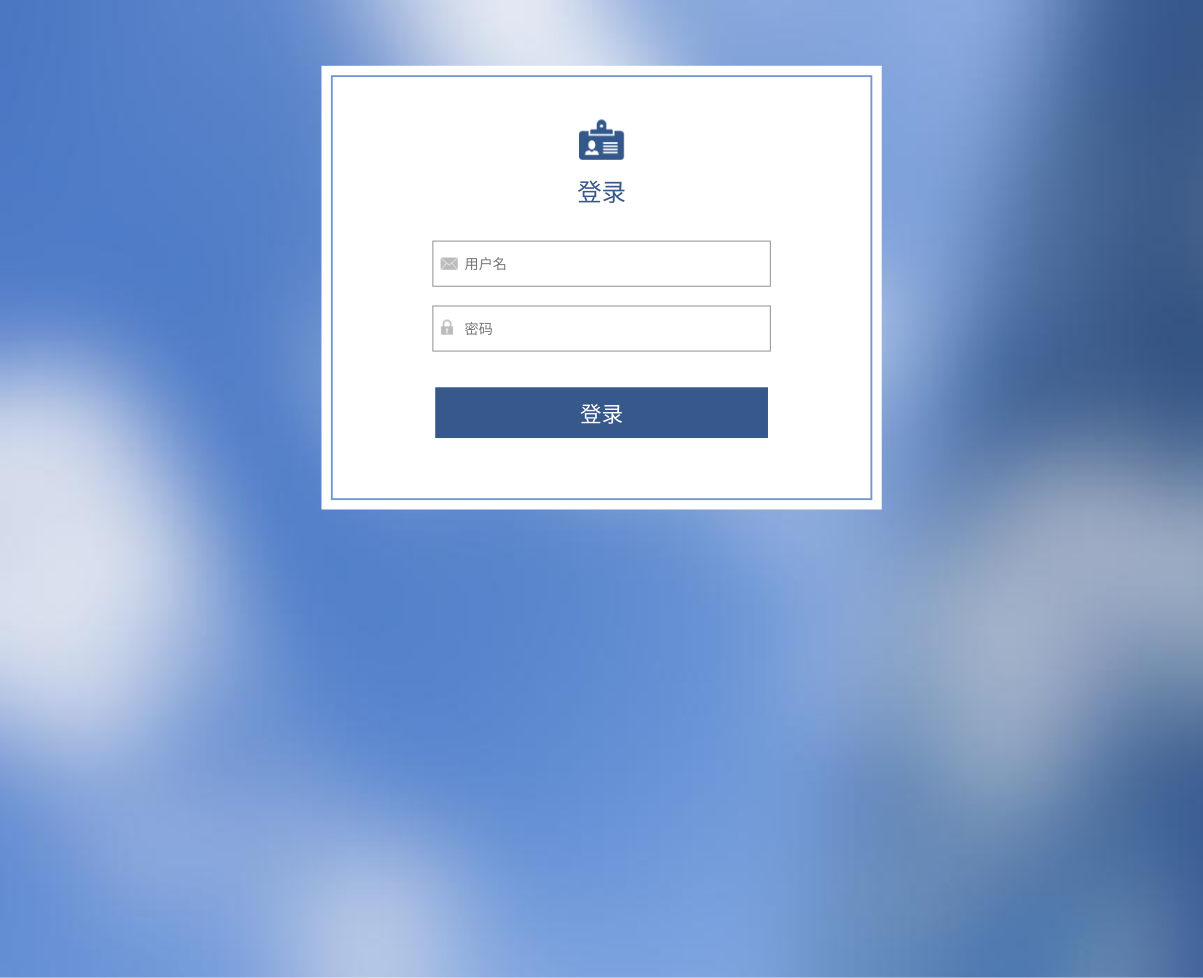
Repository: xnmll/jsp-mysql-mini-system
Page: http://localhost/Member/
An editor plug-in stored every save of this project. The page is shown before and after a run of saves, followed by the edit.
The browser window is 1280 px wide. The pictures show the whole page, at 94% of full size.
The page is served by Tomcat 9. Other server files are loaded and not shown.

Above is the page before, as saved 2018-05-02 11:41:10.

### finally/Member/WebRoot/login.jsp
<%@ page language="java" import="java.util.*,java.net.URLDecoder" pageEncoding="utf-8"%>
<%@taglib prefix="c" uri="http://java.sun.com/jsp/jstl/core" %>
<%@taglib prefix="fn" uri="http://java.sun.com/jsp/jstl/functions" %>
 <%
	 String username = "";
	 String password = "";
	 Cookie[] c = request.getCookies();
	 if(c != null && c.length > 0)
	 {
	   for(Cookie c1 : c)
	   {
	     if(c1.getName().equals("username"))
	     {
	       username = URLDecoder.decode(c1.getValue(),"utf-8");
	     }
	     if(c1.getName().equals("password"))
	     {
	       password = URLDecoder.decode(c1.getValue(),"utf-8");
	     }
	   }
	 }
  %>
  <%
	//获取请求上下文
	String context = request.getContextPath();
   %>
<!DOCTYPE HTML>
<html>
	<head>
		<title>登录</title>
		<!-- Custom Theme files -->
		<link href="<%=context%>/css/style1.css" rel="stylesheet" type="text/css" media="all"/>
		<!-- Custom Theme files -->
		<meta http-equiv="Content-Type" content="text/html; charset=utf-8" />
		<meta name="viewport" content="width=device-width, initial-scale=1, maximum-scale=1">
		<meta http-equiv="Content-Type" content="text/html; charset=utf-8" />
		<meta name="keywords" content="Login form web template, Sign up Web Templates, Flat Web Templates, Login signup Responsive web template, Smartphone Compatible web template, free webdesigns for Nokia, Samsung, LG, SonyErricsson, Motorola web design" />
	</head>


<body>
	<div class="login">
		 <div class="login-main">
	 		<div class="login-top">
	 			<img src="images/head-img.png" alt=""/>
	 			<h1>登录</h1>
	 			<form action="<%=context%>/loginCheckAction" id="form" method="post">
	 			<input type="text" name="username" value="<%=username%>" placeholder="用户名" required>
	 			<input type="password" name="password" value="<%=password%>" placeholder="密码" required>



			      <br><br>

	 			<input type="submit" value="登录" /><br><br>
	 			</form>
	 		</div>
	 	</div>
  </div>
</body>
</html>

### finally/Member/WebRoot/css/style1.css
/*--
Author: W3layouts
Author URL: http://w3layouts.com
License: Creative Commons Attribution 3.0 Unported
License URL: http://creativecommons.org/licenses/by/3.0/
--*/
/* start editing from here */
html,body,div,span,applet,object,iframe,h1,h2,h3,h4,h5,h6,p,blockquote,pre,a,abbr,acronym,address,big,cite,code,del,dfn,em,img,ins,kbd,q,s,samp,small,strike,strong,sub,sup,tt,var,b,u,i,dl,dt,dd,ol,nav ul,nav li,fieldset,form,label,legend,table,caption,tbody,tfoot,thead,tr,th,td,article,aside,canvas,details,embed,figure,figcaption,footer,header,hgroup,menu,nav,output,ruby,section,summary,time,mark,audio,video{margin:0;padding:0;border:0;font-size:100%;font:inherit;vertical-align:baseline;}
article, aside, details, figcaption, figure,footer, header, hgroup, menu, nav, section {display: block;}
ol,ul{list-style:none;margin:0;padding:0;}
blockquote,q{quotes:none;}
blockquote:before,blockquote:after,q:before,q:after{content:'';content:none;}
table{border-collapse:collapse;border-spacing:0;}
/* start editing from here */
a{text-decoration:none;}
.txt-rt{text-align:right;}/* text align right */
.txt-lt{text-align:left;}/* text align left */
.txt-center{text-align:center;}/* text align center */
.float-rt{float:right;}/* float right */
.float-lt{float:left;}/* float left */
.clear{clear:both;}/* clear float */
.pos-relative{position:relative;}/* Position Relative */
.pos-absolute{position:absolute;}/* Position Absolute */
.vertical-base{	vertical-align:baseline;}/* vertical align baseline */
.vertical-top{	vertical-align:top;}/* vertical align top */
.underline{	padding-bottom:5px;	border-bottom: 1px solid #eee; margin:0 0 20px 0;}/* Add 5px bottom padding and a underline */
nav.vertical ul li{	display:block;}/* vertical menu */
nav.horizontal ul li{	display: inline-block;}/* horizontal menu */
img{max-width:100%;}
/*end reset*/
/*--header start here--*/
body {
  background: url(../images/banner.jpg)no-repeat;
  background-size: cover;
  padding: 70px 0px 70px 0px;
  min-height: 900px;
  font-family: 'Roboto', sans-serif;
  font-size: 100%;
}
.login{
  width: 40%;
  background: #fff;
  margin: 0 auto;
  min-height: 400px;
  padding: 10px;
}
.login-main {
  border: 2px solid #7397D1;
  min-height: 400px;
}
.login-top {
  padding: 45px 0px;
  text-align: center;
  position: relative;
}
.login-top h1 {
  font-size: 26px;
  font-weight: 500;
  color: #37588B;
  margin: 10px 0px 35px 0px;
}
span.anc-color {
  color: #8E8E8E;
  font-weight: 300;
}
.login-top ul {
   margin: 27px 0px 20px 0px;
}
.login-top ul li{
	display:inline-block;
}
.login-top ul li a {
  background: url(../images/sprite.png)no-repeat;
  width: 35px;
  height: 34px;
  display: block;
  margin: 0px 13px 0px 0px;
}
.login-top ul li a.fa {
  background-position: 0px -35px;
}
.login-top ul li a.tw {
  background-position: -35px -35px;
}
.login-top ul li a.g {
   background-position: -72px -35px;
}
.login-top ul li a.fa:hover{
 background-position: 0px 0px;
  transition: 0.5s all;
 -webkit-transition: 0.5s all;
 -moz-transition:  0.5s all;
 -o-transition:  0.5s all;
}
.login-top ul li a.tw:hover{
  background-position: -35px 0px;
  transition: 0.5s all;
 -webkit-transition: 0.5s all;
 -moz-transition:  0.5s all;
 -o-transition:  0.5s all;
}
.login-top ul li a.g:hover{
  background-position: -72px 0px;
  transition: 0.5s all;
 -webkit-transition: 0.5s all;
 -moz-transition:  0.5s all;
 -o-transition:  0.5s all;
}
.login-top h2 {
  font-size: 19px;
  font-weight: 400;
  color: #8E8E8E;
  position:relative;
}
.login-top h2:after {
  width: 135px;
  height: 1px;
  background: #8e8e8e;
  position: absolute;
  top: 50%;
  right: 20%;
  content:'';
}
.login-top h2:before {
  width: 135px;
  height: 1px;
  background: #8e8e8e;
  position: absolute;
  top: 50%;
  left: 21%;
  content:'';
}
.login-top h3 {
  font-size: 19px;
  font-weight: 400;
  color: #8E8E8E;
  margin: 0px 0px 16px 0px;
   position: relative;
}
.login-top h3:before{
  width: 135px;
  height: 1px;
  background: #8e8e8e;
  position: absolute;
  top: 50%;
  left: 21%;
  content:'';
}
.login-top h3:after {
  width: 135px;
  height: 1px;
  background: #8e8e8e;
  position: absolute;
  top: 50%;
  right: 20%;
  content:'';
}
.login-top input[type="text"] :-webkit-input-placeholder {
  color:#9F8D78;
}
.login-top input[type="text"] {
  background: url(../images/email.png)no-repeat 7px 17px;
  font-size: 15px;
  font-weight: 400;
  color: #000;
  padding: 15px 10px 15px 33px;
  width: 55%;
  display: block;
  border: 1px solid #8b8b8b;
  outline:none;
  margin: 30px auto 20px;
  -webkit-appearance: none;
}
.login-top input[type="password"]{
background: url(../images/lock.png)no-repeat 8px 14px;
  font-size: 15px;
  font-weight: 400;
  color: #000;
  padding: 15px 10px 15px 33px;
  width: 55%;
  display: block;
  border: 1px solid #8b8b8b;
  margin: 0 auto;
  outline:none;
  -webkit-appearance: none;
}
.login-bottom {
  width: 62%;
  margin: 25px auto;
}
.login-check {
  float: left;
}
.login-para {
  float: right;
}

.login-top.checkbox input {
	position: absolute;
	left: -9999px;
}
.login-top.checkbox i {
	border-color: #fff;
	transition: border-color 0.3s;
	-o-transition: border-color 0.3s;
	-ms-transition: border-color 0.3s;
	-moz-transition: border-color 0.3s;
	-webkit-transition: border-color 0.3s;

}
.login-top.checkbox i:hover {
	border-color:red;

}
.login-top  i:before {
	background-color: #2da5da;
}
.login-top  .rating label {
	color: #ccc;
	transition: color 0.3s;
	-o-transition: color 0.3s;
	-ms-transition: color 0.3s;
	-moz-transition: color 0.3s;
	-webkit-transition: color 0.3s;
}
.login-top .checkbox input + i:after {
	position: absolute;
	opacity: 0;
	transition: opacity 0.1s;
	-o-transition: opacity 0.1s;
	-ms-transition: opacity 0.1s;
	-moz-transition: opacity 0.1s;
	-webkit-transition: opacity 0.1s;
}
.login-top .checkbox input + i:after {
	content: url(../images/tick.png) no-repeat 7px 1px;
	top: 0px;
	left: 0px;
	width: 15px;
	height: 15px;
}
.login-top .checkbox {
	padding: 8px 0px 0px 22px;
	font-size: 15px;
   font-weight: 400;
	line-height: 5px;
	color: #333;
	cursor: pointer;
	position: relative;
	display: block;
	float: left;
}
.login-top .checkbox:hover {
	text-decoration: none;
}
.login-top  .checkbox i {
  position: absolute;
  top: 0px;
  left: 0px;
  display: block;
  width: 15px;
  height: 15px;
  outline: none;
  border: 1px solid #5e5b5b;
}
.login-top  .checkbox input + i:after {
	position: absolute;
	opacity: 0;
	transition: opacity 0.1s;
	-o-transition: opacity 0.1s;
	-ms-transition: opacity 0.1s;
	-moz-transition: opacity 0.1s;
	-webkit-transition: opacity 0.1s;
}
.login-top .checkbox input + i:after {
	color: #2da5da;
}
.login-top.checkbox input:checked + i,
.login-top . input:checked + i {
	border-color: #2da5da;
}
.login-top .rating input:checked ~ label {
	color: #2da5da;
}

.login-top .checkbox input:checked + i:after {
	opacity: 1;
}
.login-top input[type="submit"] {
  background: #37588B;
  color: #FFF;
  border:none;
  font-size: 23px;
  font-weight: 400;
  padding: 10px 0px;
  width: 62%;
  cursor: pointer;
  outline: none;
}
.login-top input[type="submit"]:hover{
	background:#777;
	transition: 0.5s all;
  -webkit-transition: 0.5s all;
  -moz-transition: 0.5s all;
  -o-transition: 0.5s all;
}
.login-top h4 {
  font-size: 19px;
  font-weight: 400;
  color: #bababa;
  margin: 15px 0px 16px 0px;
}
.login-top h4 a{
  font-size: 19px;
  font-weight: 400;
  color: #969696;
  text-decoration: underline;
}
.login-top h4 a:hover{
  color: #37588B;
  transition: 0.5s all;
  -webkit-transition: 0.5s all;
  -moz-transition: 0.5s all;
  -o-transition: 0.5s all;
}
.login-top p a {
  font-size: 15px;
  font-weight: 400;
  color: #8e8e8e;
}
.login-top p a:hover{
	color:#000;
	transition: 0.5s all;
  -webkit-transition: 0.5s all;
  -moz-transition: 0.5s all;
  -o-transition: 0.5s all;
}
.copyright p {
  font-size: 16px;
  font-weight: 400;
  color: #fff;
  text-align: center;
  padding: 100px 0px 0px 0px;
}
.copyright p a{
  font-size: 16px;
  font-weight: 400;
  color: #37588B;
}
.copyright p a:hover{
  color: #fff;
  transition: 0.5s all;
  -webkit-transition: 0.5s all;
  -moz-transition: 0.5s all;
  -o-transition: 0.5s all;
}
/*--header end here--*/
/*--meadia quries start here--*/
@media(max-width:1440px){
.login-top h3:after {
  width: 120px;
}
.login-top h3:before{
  width: 120px;
}
.login-top h2:after {
  width: 120px;
}
.login-top h2:before{
  width: 120px;
}
.login {
  width: 45%;
}
}
@media(max-width:1366px){
.login-top h2:before {
  width: 115px;
}
.login-top h2:after {
  width: 115px;
}
.login-top h3:after {
  width: 115px;
}
.login-top h3:before{
  width: 115px;
}
}
@media(max-width:1280px){
.login-top h2:before {
  width: 100px;
}
.login-top h2:after {
  width: 100px;
}
.login-top h3:after {
  width: 100px;
}
.login-top h3:before{
  width: 100px;
}
}
@media(max-width:1024px){
.login-top input[type="submit"] {
  font-size: 21px;
   width: 75%;
}
.login-top input[type="text"] {
  width: 65%;
}
.login-top input[type="password"] {
  width: 65%;
}
.login-top h3:before {
  width: 95px;
  left: 15%;
}
.login-top h3:after {
  width: 95px;
  right: 15%;
}
.login-top h2:before {
  width: 95px;
  left: 15%;
}
.login-top h2:after {
  width: 95px;
  right: 15%;
}
.login-top {
  padding: 20px 0px;
}
.login-bottom {
  width: 75%;
}
}
@media(max-width:768px){
.login {
  width: 70%;
}
.login-top h1 {
  font-size: 22px;
  margin: 10px 0px 20px 0px;
}
.login-top h2 {
  font-size: 16px;
}
.login-top h3 {
  font-size: 16px;
}
.login-top h4 {
  font-size: 17px;
}
.login-top h4 a {
  font-size: 17px;
}
body {
  min-height: 800px;
}
.login-top h2:before {
  width: 125px;
}
.login-top h2:after {
  width: 125px;
}
.login-top h3:before {
  width: 125px;
}
.login-top h3:after {
  width: 125px;
}
.login-top ul {
  margin: 17px 0px 20px 0px;
}
}
@media(max-width:640px){
.login-top {
  padding: 30px 0px;
}
.login-top ul {
  margin: 20px 0px 10px 0px;
}
body {
  padding: 70px 0px 0px 0px;
}
.login-top h2:before {
  width: 100px;
}
.login-top h2:after {
  width: 100px;
}
.login-top h3:before {
  width: 100px;
}
.login-top h3:after {
  width: 100px;
}
}
@media(max-width:480px){
body {
  min-height: 700px;
}
.login-top h1 {
  font-size: 19px;
  margin: 5px 0px 10px 0px;
}
.login-top input[type="text"] {
  background: url(../images/email.png)no-repeat 6px 12px;
  padding: 10px 0px 10px 33px;
  width: 70%;
  margin: 16px auto 15px;
  font-size:13px;
}
.login-top input[type="password"] {
  background: url(../images/lock.png)no-repeat 6px 8px;
  padding: 10px 0px 10px 33px;
  width: 70%;
  font-size:13px;
}
.login-top p a {
  font-size: 14px;
}
.login-top input[type="submit"] {
  width: 80%;
  font-size: 18px;
}
.login-top h4 {
  font-size: 15px;
}
.login-top h4 a {
  font-size: 15px;
}
.copyright  p {
  font-size: 14px;
  padding: 85px 0px 0px 0px;
}
.copyright  p a{
  font-size: 14px;
}
.login-top h2:before {
  width: 85px;
  left: 11%;
}
.login-top h2:after {
  width: 85px;
   right: 11%;
}
.login-top h3:after {
  width: 85px;
  right: 11%;
}
.login-top h3:before {
  width: 85px;
  left: 11%;
}
.login-top ul {
  margin: 10px 0px 10px 0px;
}
.login-top ul li a {
  margin: 0px 3px 0px 0px;
}
.login {
  width: 75%;
}
.login-top .checkbox {
  font-size: 13px;
}
.login-bottom {
  width: 80%;
}
}
@media(max-width:320px){
body {
  padding: 40px 0px 0px 0px;
  min-height: 560px;
}
.copyright p {
  font-size: 13px;
  padding: 35px 0px 0px 0px;
}
.login-top {
  padding: 15px 0px;
}
.login-top h1 {
  font-size: 17px;
}
.login-top h2 {
  font-size: 13px;
}
.login-top ul {
  margin: 13px 0px 5px 0px;
}
.login-top p a {
  font-size: 12px;
}
.login-top input[type="submit"] {
   font-size: 15px;
   width: 85%;
}
.login-top h4 {
  font-size: 13px;
}
.login-top h4 a {
  font-size: 13px;
}
.login-top .checkbox {
  font-size: 12px;
}
.login-top h2:before {
  width: 55px;
}
.login-top h2:after {
  width: 55px;
}
.login-top h3:after {
   width: 55px;
}
.login-top h3:before {
   width: 55px;
}
.login {
  width: 82%;
}
.login-bottom {
  width: 85%;
  margin: 15px auto;
}
.login-top ul li a {
  width: 25px;
  height: 22px;
  background-size: 276%;
}
.login-top ul li a.fa {
  background-position: 1px -22px;
}
.login-top ul li a.fa:hover {
  background-position: 1px 0px;
}
.login-top ul li a.tw {
  background-position: -22px -22px;
}
.login-top ul li a.tw:hover {
  background-position: -22px 0px;
}
.login-top ul li a.g {
  background-position: -45px -22px;
}
.login-top ul li a.g:hover {
  background-position: -45px 0px;
}
/*--meadia quries end here--*/

After the next 2 saves:
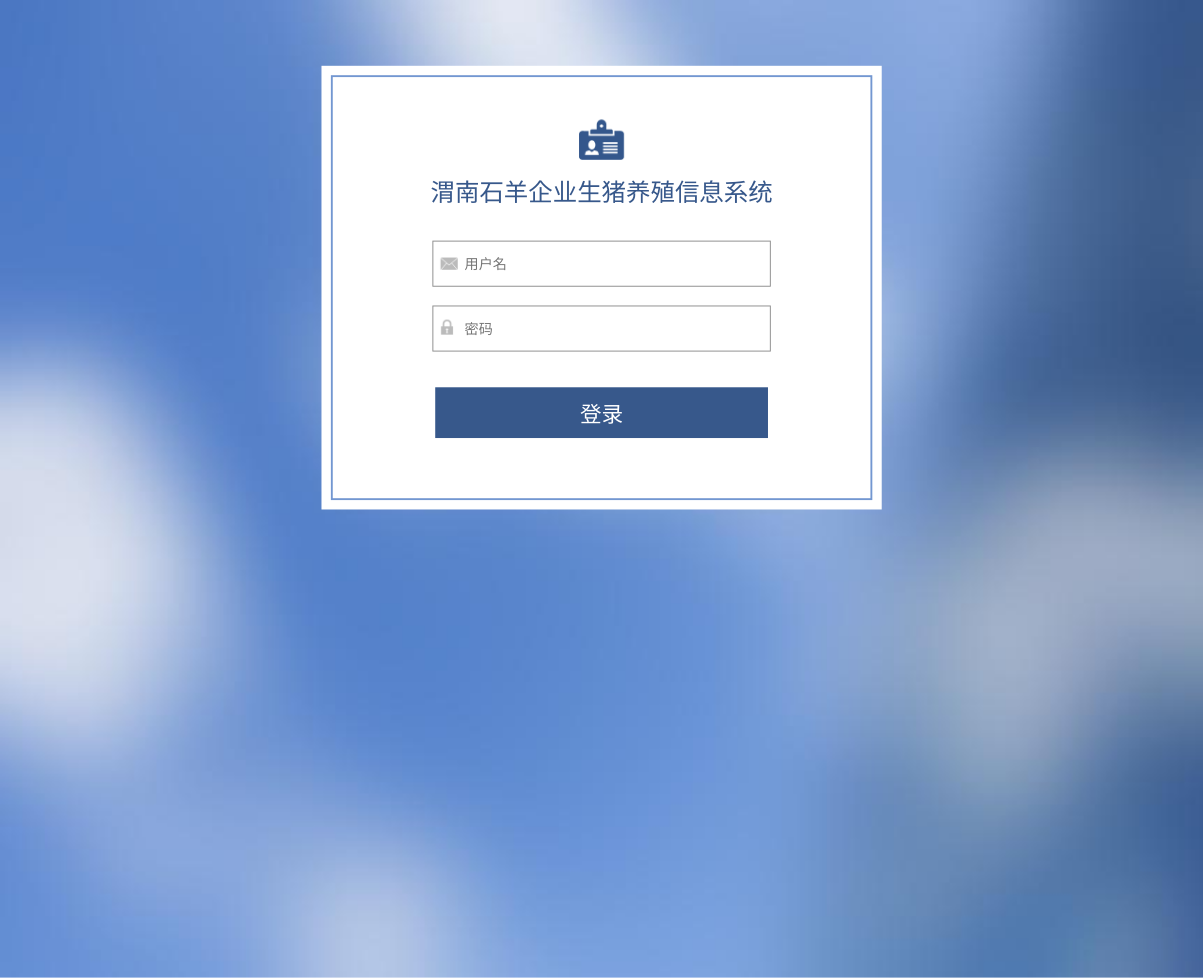
The 2 saves are shown as one change because they came seconds apart.
The last was saved 8 min 46 s later.
--- a/finally/Member/WebRoot/login.jsp
+++ b/finally/Member/WebRoot/login.jsp
@@ -27,7 +27,7 @@
 <!DOCTYPE HTML>
 <html>
 	<head>
-		<title>登录</title>
+		<title>渭南石羊企业生猪养殖信息系统</title>
 		<!-- Custom Theme files -->
 		<link href="<%=context%>/css/style1.css" rel="stylesheet" type="text/css" media="all"/>
 		<!-- Custom Theme files -->
@@ -43,7 +43,7 @@
 		 <div class="login-main">
 	 		<div class="login-top">
 	 			<img src="images/head-img.png" alt=""/>
-	 			<h1>登录</h1>
+	 			<h1>渭南石羊企业生猪养殖信息系统</h1>
 	 			<form action="<%=context%>/loginCheckAction" id="form" method="post">
 	 			<input type="text" name="username" value="<%=username%>" placeholder="用户名" required>
 	 			<input type="password" name="password" value="<%=password%>" placeholder="密码" required>
